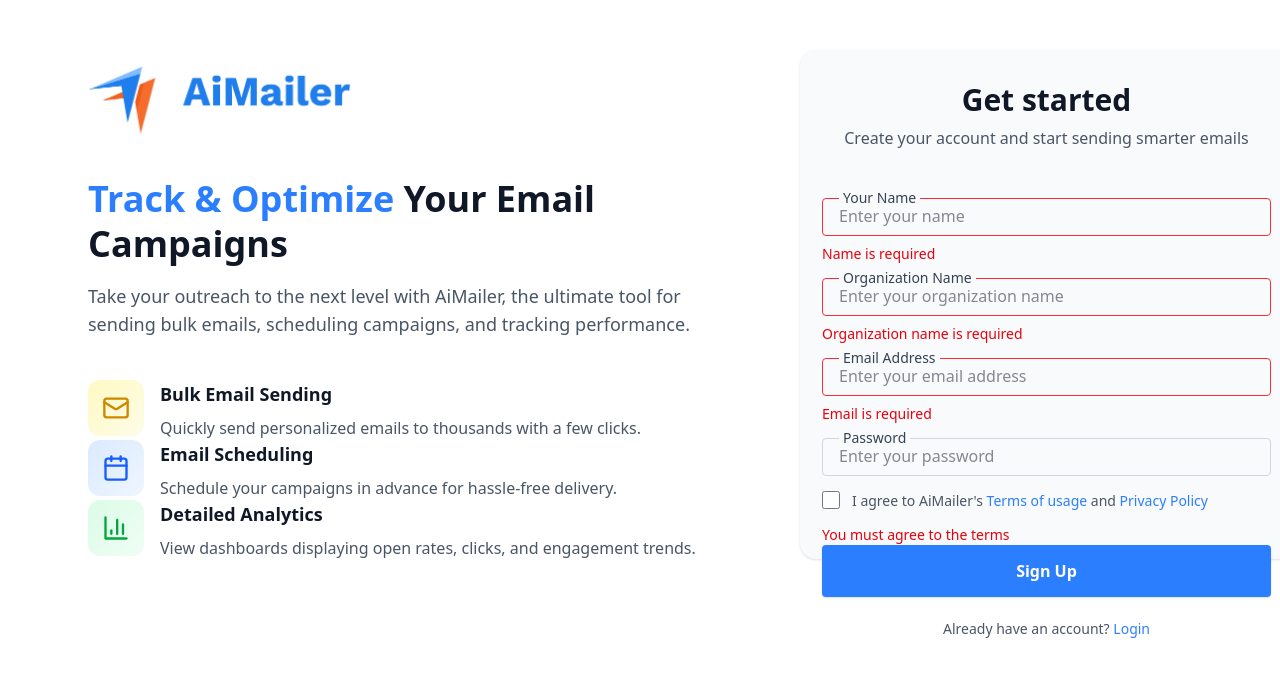
Repository: princesharma8630/AiEmailer-
Page: /signup, after clicking the first element matching `button.w-\[449px\]`
An editor plug-in stored every save of this project. The page is shown before and after the next save, followed by the edit.
The browser window is 1280 px wide. The pictures show the whole page.
The page's requests for data from a server got no answer. The project was rebuilt for these pictures with package versions that can differ from the ones it lists, and the page was loaded fresh each time. No one was signed in, and anything a server would have sent is missing. Also part of the build but not shown: vite.config.ts, src/router/privateRouter.tsx, src/component/sidebar/sidebar.tsx, src/component/topbar/topbar.tsx, src/layouts/mainlayout/mainlayout.tsx, src/pages/signup/otppage.tsx, src/pages/login/resetpassword/ResetModule.tsx, src/pages/login/login.tsx and 23 more.

Above is the page before, as saved 2025-10-27 16:07:47.

### index.html
<!doctype html>
<html lang="en">
  <head>
    <meta charset="UTF-8" />
    <link rel="icon" type="image/png" href="/logo.png" />
    <meta name="viewport" content="width=device-width, initial-scale=1.0" />
    <title>AiMailer</title>
  </head>
  <body>
    <div id="root"></div>
    <script type="module" src="/src/main.tsx"></script>
  </body>
</html>

### src/main.tsx
import { StrictMode } from 'react'
import { createRoot } from 'react-dom/client'
import './index.css'
import App from './App.tsx'
import { Provider } from 'react-redux'
import store from './redux/store.ts'
import { BrowserRouter } from 'react-router-dom'

createRoot(document.getElementById('root')!).render(
  <StrictMode>
    <BrowserRouter>
     <Provider store={store}>
       <App />
    </Provider>
    </BrowserRouter>
  </StrictMode>,
)

### src/App.tsx


import './App.css';
import MainRouter from './router/mainRoputer';


function App() {
  return (
    <>
    <MainRouter/>
  </>)
}

export default App

### src/redux/store.ts
import { configureStore } from '@reduxjs/toolkit';
import authReducer from './slices/authSlices/authslice'; // ✅ make sure this path is correct
import dashboardReducer from './slices/dashboardslices/dashboardSlice'
import mailAnalytics from './slices/AnalysisSlice/mailAnalyticsSlice'
import  bulkEmailReducer  from './slices/bulkEmailSlice/bulkEmailSlice';
import scheduleEmailReducer from '../redux/slices/scheduleEmailSlice/scheduleEmailSlice'
export const store = configureStore({
  reducer: {
    auth: authReducer,
    dashboard:dashboardReducer,
    mailAnalytics:mailAnalytics,
    bulkEmailReducer: bulkEmailReducer,
    scheduleEmail: scheduleEmailReducer
  },
});

// ✅ Export types for use across your app
export type RootState = ReturnType<typeof store.getState>;
export type AppDispatch = typeof store.dispatch;

export default store;

### src/router/mainRoputer.tsx
import { Route, Routes } from "react-router-dom";
import RouterConstant from "../constants/routerConstant";
import PublicRouter from "./publicRouter";
import PrivateRouter from "./privateRouter";
import AuthLayout from "../layouts/authLayout/authlayout";
import MainLayout from "../layouts/mainlayout/mainlayout";
import OTPPage from "../pages/signup/otppage";
import LoginPage from "../pages/login/login";
import SignupPage from "../pages/signup/signup";
import Dashboard from "../pages/dashboard/dashboard";
import MailAnalytics from "../pages/mailAnalytics/mailAnalytics";
import HomePage from "../pages/home/home";
import BulkEmail from "../pages/bulkEmail/bulkEmail";
import ScheduleEmails from "../pages/scheduleEmails/ScheduleEmails";



function MainRouter() {
   return (
      <Routes>
         {/* Public Routes with AuthLayout */}
         <Route element={<PublicRouter/>}>
            <Route element={<AuthLayout/>}>
               <Route path="/" element={<HomePage/>}/>
               <Route path={RouterConstant.Home} element={<HomePage/>} />
               <Route path={RouterConstant.Login} element={<LoginPage/>} />
               <Route path={RouterConstant.SignUp} element={<SignupPage/>} />
               <Route path={RouterConstant.Otp} element={<OTPPage/>}/>
               <Route path={RouterConstant.Login} element={<LoginPage/>}/>
            </Route>
         </Route>

         {/* Private Routes with MainLayout */}
         <Route element={<PrivateRouter/>}>
            <Route element={<MainLayout/>}>
               <Route path={RouterConstant.Dashboard} element={<Dashboard/>} />
               <Route path={RouterConstant.MailAnalytices} element={<MailAnalytics/>} />
               <Route path={RouterConstant.BULK_EMAIL} element={<BulkEmail/>} />
               <Route path={RouterConstant.SCHEDULE_EMAILS} element={<ScheduleEmails/>} />
               <Route path="/custom-emails" element={<h1 className="p-6">Custom Emails Content</h1>} />
               <Route path="/email-signatures" element={<h1 className="p-6">Email Signatures Content</h1>} />
               <Route path="/profile-settings" element={<h1 className="p-6">Profile Settings Content</h1>} />
            </Route>
         </Route>
      </Routes>
   )
}

export default MainRouter;

### src/constants/routerConstant.tsx

const RouterConstant={
    Login:"/login",
    Dashboard:"/dashboard",
    Home:"/home",
    SignUp:'signup',
    Otp:"/otp",
    PasswordPage:"/passwordpage",
    MailAnalytices:"/mailAnalytices",


   //Bulk Email Routes
  BULK_EMAIL: '/bulk-email',
  SCHEDULE_EMAILS: '/schedule-emails',
  CUSTOM_EMAILS: '/custom-emails',
  EMAIL_SIGNATURES: '/email-signatures',
  PROFILE_SETTINGS: '/profile-settings',
  CAMPAIGN_DETAIL: '/campaign/:campaignId',
  CAMPAIGN_TRACKING: '/campaign/:campaignId/tracking',

}
export default RouterConstant;

### src/router/publicRouter.tsx
import React from "react";
import { Navigate, Outlet } from "react-router-dom";
import { useSelector } from "react-redux";
import type { RootState } from "../redux/store";
import RouterConstant from "../constants/routerConstant";

const PublicRouter: React.FC = () => {
  const { isLoggedIn } = useSelector((state: RootState) => state.auth);
  const token = localStorage.getItem('token');

  // If user is logged in, redirect to dashboard
  if (isLoggedIn && token) {
    return <Navigate to={RouterConstant.Dashboard} replace />;
  }

  return <Outlet />;
};

export default PublicRouter;

### src/layouts/authLayout/authlayout.tsx

import { Outlet } from 'react-router-dom';

const AuthLayout = () => {
  return (
    <div >
        {/* Auth Pages Content (Login, Signup, OTP, etc.) */}
        <div >
          <Outlet />
        </div>
      </div>

  );
};

export default AuthLayout;

### src/pages/signup/signup.tsx
import React, { useState, useEffect } from 'react';
import { useDispatch, useSelector } from 'react-redux';
import { useNavigate } from 'react-router-dom'; // Add this import
import { Mail, BarChart3, Calendar } from 'lucide-react';
import { signupUser } from '../../redux/slices/authSlices/authslice';
import type { RootState, AppDispatch } from '../../redux/store';
import logo from '../../assets/images/logo.png';
import RouterConstant from '../../constants/routerConstant';

interface FormData {
  name: string;
  organizationName: string;
  email: string;
  password: string;
  agreeToTerms: boolean;
}

interface FieldErrors {
  name: string;
  organizationName: string;
  email: string;
  password: string;
  agreeToTerms: string;
}

interface TouchedFields {
  name: boolean;
  organizationName: boolean;
  email: boolean;
  password: boolean;
}

const SignupPage: React.FC = () => {
  const dispatch = useDispatch<AppDispatch>();
  const navigate = useNavigate(); // Add this hook
  const { loading, error, success } = useSelector((state: RootState) => state.auth);

  const [formData, setFormData] = useState<FormData>({
    name: '',
    organizationName: '',
    email: '',
    password: '',
    agreeToTerms: false,
  });

  const [fieldErrors, setFieldErrors] = useState<FieldErrors>({
    name: '',
    organizationName: '',
    email: '',
    password: '',
    agreeToTerms: '',
  });

  const [touched, setTouched] = useState<TouchedFields>({
    name: false,
    organizationName: false,
    email: false,
    password: false,
  });

  // Fixed useEffect with proper navigation and debug logs
  useEffect(() => {
    console.log('🔄 Auth State Changed:', { success, loading, error }); // Debug log

    if (success) {
      console.log('✅ Signup successful! Redirecting to OTP page...');
      setTimeout(() => {
        navigate(RouterConstant.Otp); // Use navigate function
      }, 1500);
    }
  }, [success, loading, error, navigate]); // Add all dependencies

  const validateField = (name: string, value: string | boolean): string => {
    let error = '';

    switch (name) {
      case 'name':
        if (typeof value === 'string') {
          if (!value.trim()) {
            error = 'Name is required';
          } else if (value.trim().length < 3) {
            error = 'Name must be at least 3 characters';
          }
        }
        break;

      case 'organizationName':
        if (typeof value === 'string') {
          if (!value.trim()) {
            error = 'Organization name is required';
          } else if (value.trim().length < 3) {
            error = 'Organization name must be at least 3 characters';
          }
        }
        break;

      case 'email':
        if (typeof value === 'string') {
          if (!value.trim()) {
            error = 'Email is required';
          } else if (!/^[^\s@]+@[^\s@]+\.[^\s@]+$/.test(value)) {
            error = 'Please enter a valid email address';
          }
        }
        break;



      default:
        break;
    }

    return error;
  };

  const handleChange = (e: React.ChangeEvent<HTMLInputElement>) => {
    const { name, value, type, checked } = e.target;
    const fieldValue = type === 'checkbox' ? checked : value;

    setFormData(prev => ({
      ...prev,
      [name]: fieldValue,
    }));

    if (touched[name as keyof TouchedFields]) {
      const error = validateField(name, fieldValue);
      setFieldErrors(prev => ({
        ...prev,
        [name]: error,
      }));
    }
  };

  const handleBlur = (e: React.FocusEvent<HTMLInputElement>) => {
    const { name, value } = e.target;
    setTouched(prev => ({
      ...prev,
      [name]: true,
    }));

    const error = validateField(name, value);
    setFieldErrors(prev => ({
      ...prev,
      [name]: error,
    }));
  };

  const handleSubmit = () => {
    console.log('📝 Form Data:', formData); // Debug log

    const errors: FieldErrors = {
      name: validateField('name', formData.name),
      organizationName: validateField('organizationName', formData.organizationName),
      email: validateField('email', formData.email),
      password: validateField('password', formData.password),
      agreeToTerms: !formData.agreeToTerms ? 'You must agree to the terms' : '',
    };

    console.log('❌ Validation Errors:', errors); // Debug log

    setFieldErrors(errors);
    setTouched({
      name: true,
      organizationName: true,
      email: true,
      password: true,
    });

    const hasErrors = Object.values(errors).some(error => error !== '');

    if (!hasErrors) {
      console.log('✅ No errors, dispatching signup...'); // Debug log
      dispatch(signupUser({
        name: formData.name,
        organizationName: formData.organizationName,
        email: formData.email,

      }));
    } else {
      console.log('⚠️ Form has errors, not submitting'); // Debug log
    }
  };

  return (
    <div className="h-screen w-screen overflow-hidden relative bg-white">
      {/* Left Section - Intro Content */}
      <div className="absolute top-[50px] left-[88px] w-[630px] h-[594px] flex flex-col gap-[42px]">
        {/* Logo and Brand */}
        <div className="w-[280px] h-[84px] opacity-100 flex items-center gap-[8.44px]">
          <img src={logo} className="w-full h-full object-contain" alt="Logo" />
        </div>

        {/* Heading */}
        <div>
          <h2 className="text-4xl font-bold mb-4 leading-tight">
            <span className="text-blue-500">Track & Optimize</span>{' '}
            <span className="text-gray-900">Your Email Campaigns</span>
          </h2>

          <p className="text-gray-600 text-lg">
            Take your outreach to the next level with AiMailer, the ultimate tool for sending bulk emails, scheduling campaigns, and tracking performance.
          </p>
        </div>

        {/* Features */}
        <div className="">
          <div className="flex items-start gap-4">
            <div className="w-14 h-14 bg-linear-to-br from-yellow-100 to-yellow-50 rounded-xl flex items-center justify-center shrink-0">
              <Mail className="w-7 h-7 text-yellow-600" />
            </div>
            <div>
              <h3 className="font-semibold text-gray-900 mb-2 text-lg">Bulk Email Sending</h3>
              <p className="text-gray-600">
                Quickly send personalized emails to thousands with a few clicks.
              </p>
            </div>
          </div>

          <div className="flex items-start gap-4">
            <div className="w-14 h-14 bg-linear-to-br from-blue-100 to-blue-50 rounded-xl flex items-center justify-center shrink-0">
              <Calendar className="w-7 h-7 text-blue-600" />
            </div>
            <div>
              <h3 className="font-semibold text-gray-900 mb-2 text-lg">Email Scheduling</h3>
              <p className="text-gray-600">
                Schedule your campaigns in advance for hassle-free delivery.
              </p>
            </div>
          </div>

          <div className="flex items-start gap-4">
            <div className="w-14 h-14 bg-linear-to-br from-green-100 to-green-50 rounded-xl flex items-center justify-center shrink-0">
              <BarChart3 className="w-7 h-7 text-green-600" />
            </div>
            <div>
              <h3 className="font-semibold text-gray-900 mb-2 text-lg">Detailed Analytics</h3>
              <p className="text-gray-600">
                View dashboards displaying open rates, clicks, and engagement trends.
              </p>
            </div>
          </div>
        </div>
      </div>

      {/* Right Section - Sign-Up Card */}
      <div className="justify-self-center absolute top-[50px] left-[800px] w-[493px] h-[509px] rounded-2xl pt-8 pr-[22px] pb-8 pl-[22px] flex flex-col gap-2.5 bg-gray-50 shadow-sm">
        <div>
          <h2 className="justify-self-center text-3xl font-bold text-gray-900 mb-2">Get started</h2>
          <p className="text-gray-600 mb-6 justify-self-center">
            Create your account and start sending smarter emails
          </p>
        </div>

        {/* Success Message */}
        {success && (
          <div className="p-4 bg-green-50 border border-green-200 text-green-700 rounded-lg">
            Signup successful! Redirecting to OTP verification...
          </div>
        )}

        {/* Error Message */}
        {error && (
          <div className="p-4 bg-red-50 border border-red-200 text-red-700 rounded-lg">
            {error}
          </div>
        )}

        <div className="gap">
          {/* Name Field */}
          <div>
            <fieldset
              className={`w-[449px] h-12 border rounded-sm px-4 pb-3  mt-1 mb-2 flex items-center focus-within:border-blue-500 focus-within:ring-1 focus-within:ring-blue-500 ${fieldErrors.name && touched.name ? 'border-red-500' : 'border-gray-300'
                }`}
            >
              <legend className="px-1 text-sm font-medium text-gray-700">
                Your Name
              </legend>
              <input
                type="text"
                name="name"
                value={formData.name}
                onChange={handleChange}
                onBlur={handleBlur}
                placeholder="Enter your name"
                className="w-full outline-none text-gray-900 bg-transparent"
              />
            </fieldset>
            {fieldErrors.name && touched.name && (
              <p className="mt-1.5 text-sm text-red-600">{fieldErrors.name}</p>
            )}
          </div>

          {/* Organization Name Field */}
          <div>
            <fieldset
              className={`w-[449px] h-12 border rounded-sm px-4 pb-3 mt-1 mb-2 flex items-center focus-within:border-blue-500 focus-within:ring-1 focus-within:ring-blue-500 ${fieldErrors.organizationName && touched.organizationName ? 'border-red-500' : 'border-gray-300'
                }`}
            >
              <legend className="px-1 text-sm font-medium text-gray-700">
                Organization Name
              </legend>
              <input
                type="text"
                name="organizationName"
                value={formData.organizationName}
                onChange={handleChange}
                onBlur={handleBlur}
                placeholder="Enter your organization name"
                className="w-full outline-none text-gray-900 bg-transparent"
              />
            </fieldset>

            {fieldErrors.organizationName && touched.organizationName && (
              <p className="mt-1.5 text-sm text-red-600">
                {fieldErrors.organizationName}
              </p>
            )}
          </div>

          {/* Email Field */}
          <div>
            <fieldset
              className={`w-[449px] h-12 border rounded-sm px-4 pb-3 mt-1 mb-2 flex items-center focus-within:border-blue-500 focus-within:ring-1 focus-within:ring-blue-500 ${fieldErrors.email && touched.email ? 'border-red-500' : 'border-gray-300'
                }`}
            >
              <legend className="px-1 text-sm font-medium text-gray-700">
                Email Address
              </legend>
              <input
                type="email"
                name="email"
                value={formData.email}
                onChange={handleChange}
                onBlur={handleBlur}
                placeholder="Enter your email address"
                className="w-full outline-none text-gray-900 bg-transparent"
              />
            </fieldset>

            {fieldErrors.email && touched.email && (
              <p className="mt-1.5 text-sm text-red-600">{fieldErrors.email}</p>
            )}
          </div>

          {/* Password Field */}
          <div>
            <fieldset
              className={`w-[449px] h-12 border rounded-sm px-4 pb-3 mt-1 mb-2 flex items-center focus-within:border-blue-500 focus-within:ring-1 focus-within:ring-blue-500 ${fieldErrors.password && touched.password ? 'border-red-500' : 'border-gray-300'
                }`}
            >
              <legend className="px-1 text-sm font-medium text-gray-700">
                Password
              </legend>
              <input
                type="password"
                name="password"
                value={formData.password}
                onChange={handleChange}
                onBlur={handleBlur}
                placeholder="Enter your password"
                className="w-full outline-none text-gray-900 bg-transparent"
              />
            </fieldset>
            {fieldErrors.password && touched.password && (
              <p className="mt-1.5 text-sm text-red-600">{fieldErrors.password}</p>
            )}
          </div>

          {/* Terms Checkbox */}
          <div>
            <label className="flex items-start gap-3 mt-[14.5px] mb-[14.5px] cursor-pointer">
              <input
                type="checkbox"
                name="agreeToTerms"
                checked={formData.agreeToTerms}
                onChange={handleChange}
                className="w-[18px] h-[18px] p-[2.77px] text-blue-500 border-gray-300 rounded focus:ring-blue-500 cursor-pointer"
              />
              <span className="text-sm text-gray-600">
                I agree to AiMailer's{' '}
                <a href="#" className="text-blue-500 hover:underline font-medium">
                  Terms of usage
                </a>{' '}
                and{' '}
                <a href="#" className="text-blue-500 hover:underline font-medium">
                  Privacy Policy
                </a>
              </span>
            </label>
            {fieldErrors.agreeToTerms && (
              <p className="mt-1.5 text-sm text-red-600">{fieldErrors.agreeToTerms}</p>
            )}
          </div>

          {/* Submit Button */}
          <div className="flex flex-col items-center gap-[22px] opacity-100">
            <button
              onClick={handleSubmit}
              disabled={loading}
              className="w-[449px] h-[52px] bg-blue-500 text-white rounded-sm font-semibold hover:bg-blue-600 transition-colors disabled:opacity-50 disabled:cursor-not-allowed shadow-sm"
            >
              {loading ? 'Signing Up...' : 'Sign Up'}
            </button>

            {/* Login Link */}
            <p className="text-center text-sm text-gray-600">
              Already have an account?{' '}
              <a href="/login" className="text-blue-500 hover:underline font-medium">
                Login
              </a>
            </p>
          </div>
        </div>
      </div>
    </div>
  );
};

export default SignupPage;

### src/services/mailAnalyticsServices/index.ts
import axios from 'axios';
import { mockMailAnalyticsService } from './mock';

const API_BASE_URL = import.meta.env.VITE_API_BASE_URL || 'http://localhost:3000/api';

export interface MailAnalyticsData {
  recipientEmail: string;
  totalOpens: number;
  totalClicks: number;
  lastActivity: string;
}

export interface MailAnalyticsResponse {
  data: MailAnalyticsData[];
  total: number;
  page: number;
  limit: number;
}

// Toggle between mock and real API
const USE_MOCK = true; // Set to false when real API is ready

// Real API service
const realApiService = {
  // Get all mail analytics
  getMailAnalytics: async (params?: {
    page?: number;
    limit?: number;
    search?: string;
  }): Promise<MailAnalyticsResponse> => {
    try {
      const response = await axios.get(`${API_BASE_URL}/mail-analytics`, {
        params,
        headers: {
          Authorization: `Bearer ${localStorage.getItem('token')}`,
        },
      });
      return response.data;
    } catch (error) {
      throw error;
    }
  },

  // Get analytics for specific email
  getEmailAnalytics: async (email: string) => {
    try {
      const response = await axios.get(
        `${API_BASE_URL}/mail-analytics/${email}`,
        {
          headers: {
            Authorization: `Bearer ${localStorage.getItem('token')}`,
          },
        }
      );
      return response.data;
    } catch (error) {
      throw error;
    }
  },
};

// Export based on USE_MOCK flag
export const mailAnalyticsService = USE_MOCK ? mockMailAnalyticsService : realApiService;

### src/services/bulkEmailService/mailValidator.ts
// services/bulkEmailServices/emailValidator.ts

export class EmailValidator {

  static isValidEmail(email: string): boolean {
    const emailRegex = /^[^\s@]+@[^\s@]+\.[^\s@]+$/;
    return emailRegex.test(email);
  }

  static isDisposableEmail(email: string): boolean {
    const disposableDomains = [
      'tempmail.com',
      '10minutemail.com',
      'guerrillamail.com',
      'mailinator.com',
      // Add more...
    ];

    const domain = email.split('@')[1]?.toLowerCase();
    return disposableDomains.includes(domain);
  }

  static validateBulk(emails: string[]): {
    valid: string[];
    invalid: string[];
    duplicates: string[];
  } {
    const valid: string[] = [];
    const invalid: string[] = [];
    const seen = new Set<string>();
    const duplicates: string[] = [];

    for (const email of emails) {
      const trimmedEmail = email.trim().toLowerCase();

      if (!this.isValidEmail(trimmedEmail)) {
        invalid.push(email);
        continue;
      }

      if (seen.has(trimmedEmail)) {
        duplicates.push(email);
        continue;
      }

      seen.add(trimmedEmail);
      valid.push(trimmedEmail);
    }

    return { valid, invalid, duplicates };
  }
}

Loaded but not shown: src/App.css (common file); src/redux/slices/bulkEmailSlice/bulkEmailSlice.ts (298 lines, source omitted); src/redux/slices/dashboardslices/dashboardSlice.ts (256 lines, source omitted); src/redux/slices/authSlices/authslice.ts (278 lines, source omitted); src/services/dashboardServices/dashboardService.ts (279 lines, source omitted); src/services/mockAuthService.ts (268 lines, source omitted); src/redux/slices/scheduleEmailSlice/scheduleEmailSlice.ts (225 lines, source omitted); src/services/bulkEmailService/index.ts (169 lines, source omitted); src/services/bulkEmailService/csvParser.ts (130 lines, source omitted); src/services/scheduleEmail.types/index.ts (122 lines, source omitted); src/redux/slices/AnalysisSlice/mailAnalyticsSlice.ts (88 lines, source omitted); src/services/mailAnalyticsServices/mock.ts (97 lines, source omitted); src/index.css (no stored copy; drawn as an empty file)

After the next save:
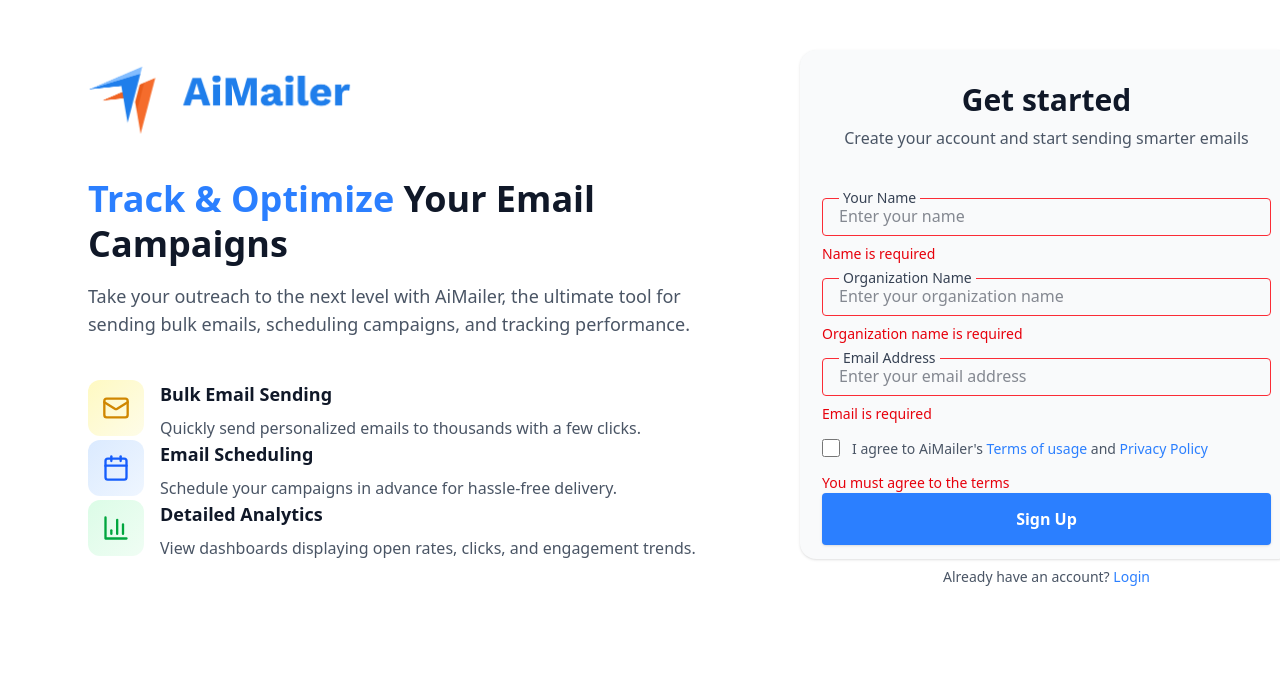
Saved 73 s later.
--- a/src/pages/signup/signup.tsx
+++ b/src/pages/signup/signup.tsx
@@ -342,29 +342,7 @@ const SignupPage: React.FC = () => {
             )}
           </div>
 
-          {/* Password Field */}
-          <div>
-            <fieldset
-              className={`w-[449px] h-12 border rounded-sm px-4 pb-3 mt-1 mb-2 flex items-center focus-within:border-blue-500 focus-within:ring-1 focus-within:ring-blue-500 ${fieldErrors.password && touched.password ? 'border-red-500' : 'border-gray-300'
-                }`}
-            >
-              <legend className="px-1 text-sm font-medium text-gray-700">
-                Password
-              </legend>
-              <input
-                type="password"
-                name="password"
-                value={formData.password}
-                onChange={handleChange}
-                onBlur={handleBlur}
-                placeholder="Enter your password"
-                className="w-full outline-none text-gray-900 bg-transparent"
-              />
-            </fieldset>
-            {fieldErrors.password && touched.password && (
-              <p className="mt-1.5 text-sm text-red-600">{fieldErrors.password}</p>
-            )}
-          </div>
+
 
           {/* Terms Checkbox */}
           <div>
